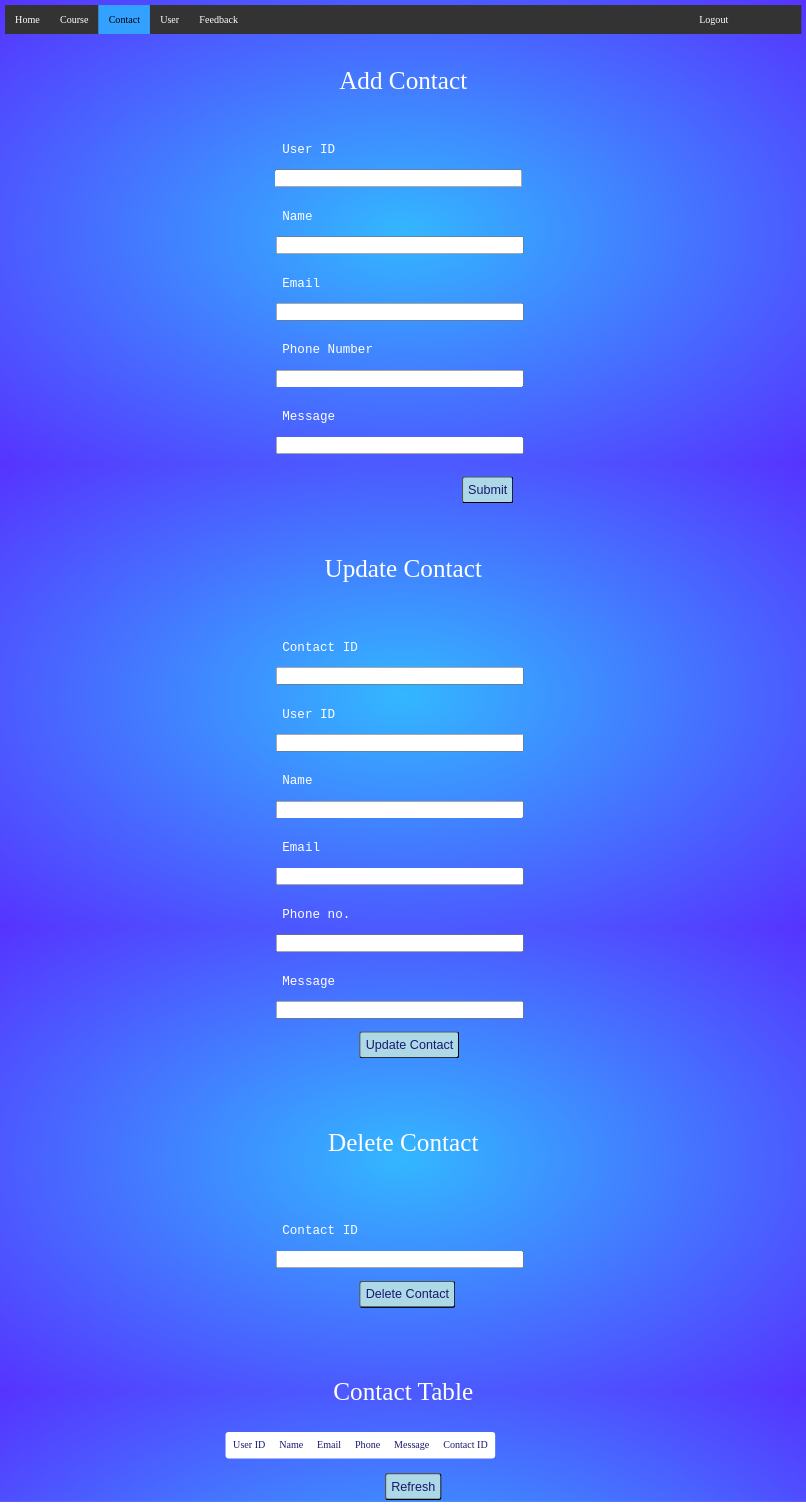
Repository: ShreyasG27/Amdocs-Training
Page: http://localhost/e-learning-frontend/contactdisplay.jsp
An editor plug-in stored every save of this project. The page is shown before and after the next save, followed by the edit.
The browser window is 1280 px wide. The pictures show the whole page, at 63% of full size.
The page is served by Tomcat 9. Other server files are loaded and not shown. Queries for data that is not in the repository find no rows.

Above is the page before, as saved 2021-08-24 09:11:55.

### e-learning-frontend/src/main/webapp/contactdisplay.jsp
<%@ page language="java" contentType="text/html; charset=ISO-8859-1"
    pageEncoding="ISO-8859-1"%>
        <%@ page import="java.sql.*" %>
<%@ page import="java.io.*" %>
<!DOCTYPE html PUBLIC "-//W3C//DTD HTML 4.01 Transitional//EN" "http://www.w3.org/TR/html4/loose.dtd">
<html>
<head>
<meta http-equiv="Content-Type" content="text/html; charset=ISO-8859-1">
<title>Contact Page Admin</title>
<style>
body{
	background-image: radial-gradient(#33B7FF,#5633ff);
	color: white;
	height: 100vh;
}
.heading{
font-size:40px;
margin-top: 50px;
}
.submitbutton{
	margin-left:600px;
	padding:8px;
	font-size:20px;
	color: midnightblue;
	background-color:lightblue;
	border-radius:5px;
	margin-top: 20px;
}
.submitbutton:hover{
	margin-left:600px;
	padding:8px;
	font-size:20px;
	color: midnightblue;
	background-color:cyan;
	border-radius:5px;
	margin-top: 20px;
}
.deletebutton{
	margin-left:500px;
	padding:8px;
	font-size:20px;
	color: midnightblue;
	background-color:lightblue;
	border-radius:5px;
	margin-top: 20px;
}
.deletebutton:hover{
	margin-left:500px;
	padding:8px;
	font-size:20px;
	color: midnightblue;
	background-color:cyan;
	border-radius:5px;
	margin-top: 20px;
}
.inputfld{
	margin-left: 430px;
	padding: 5px;
	broder-radius:10px;
	font-size:12px;
	width:30%;
}
.inputfld1{
	margin-left: 420px;
	padding: 5px;
	broder-radius:10px;
	font-size:12px;
	width:30%;
}
.inputfld2{
	margin-left: 438px;
	padding: 5px;
	broder-radius:10px;
	font-size:12px;
	width:30%;
}
.txtfld{
	font-size:20px;
	margin-left:440px;
}
ul {
  list-style-type: none;
  margin: 0;
  padding: 0;
  overflow: hidden;
  background-color: #333;
  width:100%;
}

li {
  float: left;
}

li a {
  display: block;
  color: white;
  text-align: center;
  padding: 14px 16px;
  text-decoration: none;
}

li a:hover:not(.active) {
  background-color: #111;
}

.active {
  background-color: #33A1FF;
  color: black;
}
.tableedit{
	margin-left:350px;
	border-radius:5px;
	background-color:white;

}
</style>
</head>
<body>
<ul>
  <li><a href="afterloginadm.jsp">Home</a></li>
  <li><a href="course.jsp">Course</a></li>
  <li><a class="active" href="contactdisplay.jsp">Contact</a></li>
  <li><a href="userdisplay.jsp">User</a></li>
  <li><a href="feedbackdisplay.jsp">Feedback</a></li>
  <li><a href="index.jsp" style="margin-left:700px;">Logout</a></li>
</ul>
<center><p class="heading">Add Contact</p></center>

<form action="contact" method="POST">
    <pre>
    <p class="txtfld">User ID</p> <input class="inputfld1" type="number" name="userid">
    <p class="txtfld">Name</p><input class="inputfld" type="text" name="name">
    <p class="txtfld">Email</p><input class="inputfld" type="email" name="email">
    <p class="txtfld">Phone Number</p><input class="inputfld" type="number" name="phone">
    <p class="txtfld">Message</p><input class="inputfld" type="text" name="message">

                <input class="submitbutton" type="submit" value="Submit"><br>
    </pre>
</form>
<center><p class="heading">Update Contact</p></center>

<form action="contactupdate" method="POST">
    <pre>

      <p class="txtfld">Contact ID</p><input class="inputfld" type="number" name="contactid">
     <p class="txtfld">User ID</p><input class="inputfld" type="number" name="userid">
     <p class="txtfld">Name</p><input class="inputfld" type="text" name="name">
     <p class="txtfld">Email</p><input class="inputfld" type="text" name="email">
     <p class="txtfld">Phone no.</p><input class="inputfld" type="number" name="phone">
     <p class="txtfld">Message</p><input class="inputfld" type="text" name="message">
     	<input class="deletebutton" type="submit" value="Update Contact"><br>


    </pre>


</form>
<center><p class="heading">Delete Contact</p></center>

<form action="contactdel" method="POST">
    <pre>


     <p class="txtfld">Contact ID</p><input class="inputfld" type="number" name="contactid">
     	<input class="deletebutton" type="submit" value="Delete Contact"><br>


    </pre>
</form>
 <center><p class="heading">Contact Table</p></center>
<%
try {
/* Create string of connection url within specified format with machine
name, port number and database name. Here machine name id localhost and
database name is student. */
String connectionURL = "jdbc:mysql://localhost:3306/elearningschema";
// declare a connection by using Connection interface
Connection connection = null;
/* declare object of Statement interface that is used for executing sql
statements. */
Statement statement = null;
// declare a resultset that uses as a table for output data from tha table.
ResultSet rs = null;
// Load JBBC driver "com.mysql.jdbc.Driver"
Class.forName("com.mysql.cj.jdbc.Driver").newInstance();
/* Create a connection by using getConnection() method that takes parameters
of string type connection url, user name and password to connect to database.*/
connection = DriverManager.getConnection(connectionURL, "root", "root");
/* createStatement() is used for create statement object that is used for
sending sql statements to the specified database. */
statement = connection.createStatement();
// sql query to retrieve values from the secified table.
String QueryString = "SELECT * from contact";
rs = statement.executeQuery(QueryString);
%>
<TABLE class="tableedit" cellpadding="10" border="0.5" style=" color:midnightblue;">
<TR>
<TD>User ID</TD>
<TD>Name</TD>
<TD>Email</TD>
<TD>Phone</TD>
<TD>Message</TD>
<TD>Contact ID</TD>
</TR>
<%
while (rs.next()) {
%>
<TR>
<TD><%=rs.getInt(1)%></TD>
<TD><%=rs.getString(2)%></TD>
<TD><%=rs.getString(3)%></TD>
<TD><%=rs.getLong(4)%></TD>
<TD><%=rs.getString(5)%></TD>
<TD><%=rs.getInt(6) %></TD>
</TR>
<% } %>
<%
// close all the connections.
rs.close();
statement.close();
connection.close();
} catch (Exception ex) {
%>
</font>
<font size="+3" color="red"></b>
<%
out.println("Unable to connect to database.");
}
%>
</TABLE><TABLE>
<TR>
<TD><FORM ACTION="contactdisplay.jsp" method="get" >
<button class="submitbutton" type="refresh">Refresh</button></TD>
</TR>
</TABLE>
</font>

</body>
</html>

After the next save:
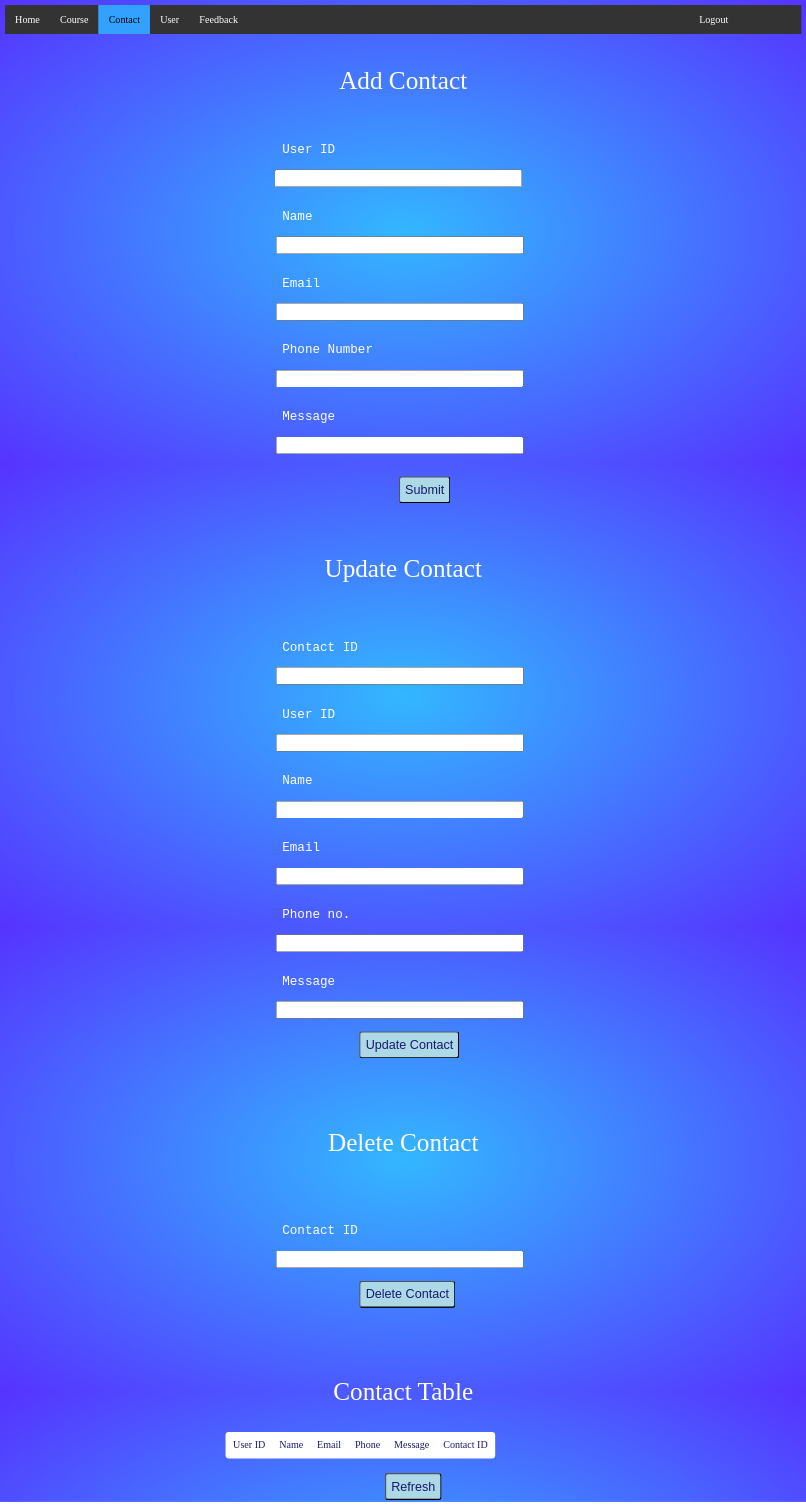
Saved 119 s later.
--- a/e-learning-frontend/src/main/webapp/contactdisplay.jsp
+++ b/e-learning-frontend/src/main/webapp/contactdisplay.jsp
@@ -134,7 +134,7 @@ li a:hover:not(.active) {
     <p class="txtfld">Phone Number</p><input class="inputfld" type="number" name="phone">
     <p class="txtfld">Message</p><input class="inputfld" type="text" name="message">
 
-                <input class="submitbutton" type="submit" value="Submit"><br>
+                <input class="deletebutton" type="submit" value="Submit"><br>
     </pre>
 </form>
 <center><p class="heading">Update Contact</p></center>
